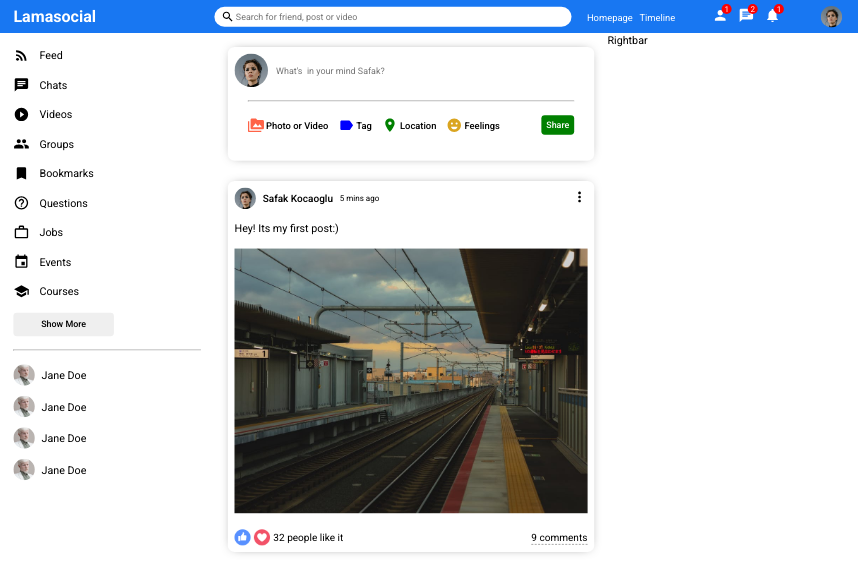
Repository: nazlinres01/react-social
Page: / (app in client/)
An editor plug-in stored every save of this project. The page is shown before and after the next save, followed by the edit.
The browser window is 1280 px wide. The pictures show the whole page, at 67% of full size.
The project was rebuilt for these pictures with package versions that can differ from the ones it lists, and the page was loaded fresh each time.

Above is the page before, as saved 2024-06-13 11:41:40.

After the next save:
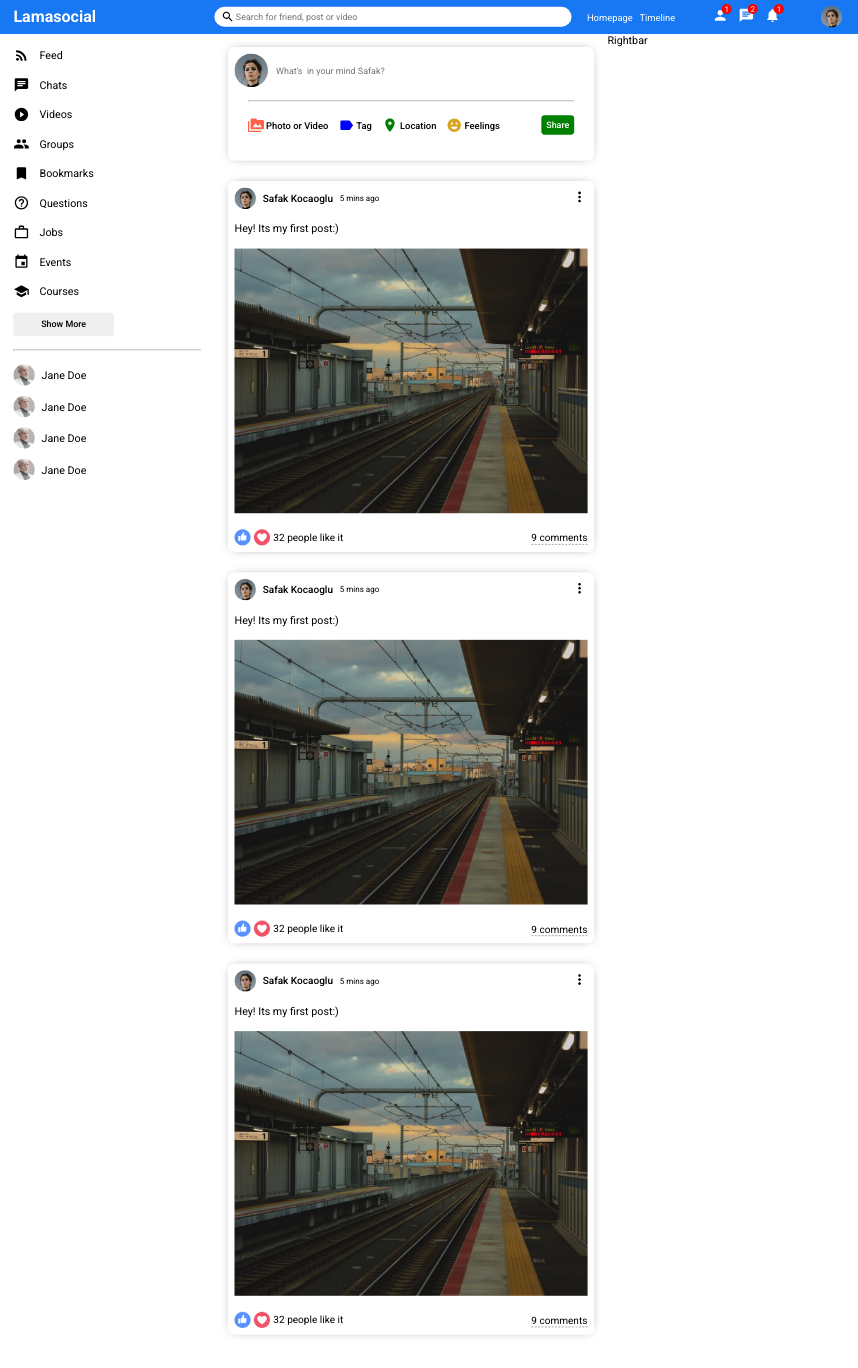
Saved 46 s later.
--- a/client/src/components/feed/Feed.jsx
+++ b/client/src/components/feed/Feed.jsx
@@ -8,6 +8,9 @@ export default function Feed() {
             <div className="feedWrapper">
                 <Share />
                 <Post />
+                <Post />
+                <Post />
+
 
             </div>
         </div>
